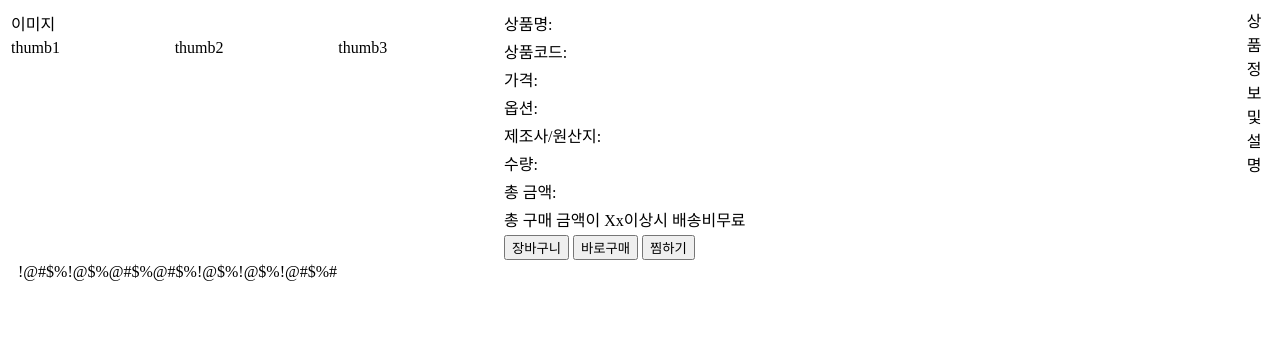
Repository: heeya90/ProjectShoppingMall
Page: http://localhost/ProjectShoppingMall/goods/goods_view.jsp
An editor plug-in stored every save of this project. The page is shown before and after the next save, followed by the edit.
The browser window is 1280 px wide. The pictures show the whole page.
The page is served by Tomcat 9.

Above is the page before, as saved 2012-07-30 08:18:45.

After the next save:
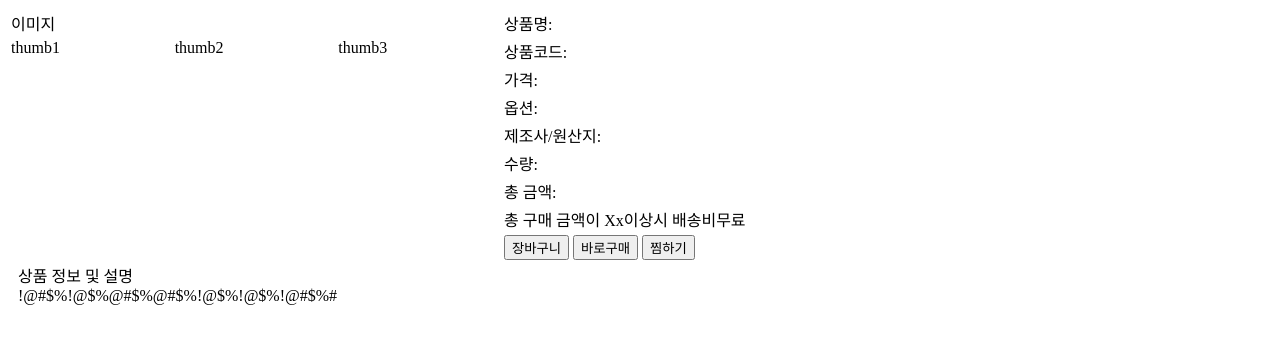
Saved 23 s later.
--- a/ProjectShoppingMall/WebContent/goods/goods_view.jsp
+++ b/ProjectShoppingMall/WebContent/goods/goods_view.jsp
@@ -73,7 +73,7 @@
 		</table>
 	</div>
 
-	<div style="width:99%; padding-left: 10px">
+	<div style="width:99%; padding-left:10px; float:left">
 		<label class="jw_lbl_title">상품 정보 및 설명</label> <br/>
 		<label >!@#$%!@$%@#$%@#$%!@$%!@$%!@#$%#</label>
 	</div>

After the save that followed:
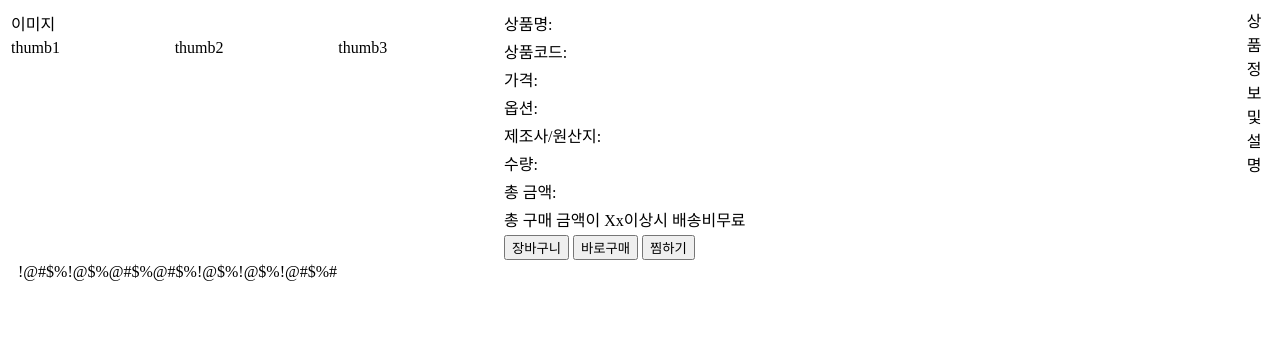
Saved 31 s later.
--- a/ProjectShoppingMall/WebContent/goods/goods_view.jsp
+++ b/ProjectShoppingMall/WebContent/goods/goods_view.jsp
@@ -73,7 +73,7 @@
 		</table>
 	</div>
 
-	<div style="width:99%; padding-left:10px; float:left">
+	<div style="width:99%; padding-left:10px;">
 		<label class="jw_lbl_title">상품 정보 및 설명</label> <br/>
 		<label >!@#$%!@$%@#$%@#$%!@$%!@$%!@#$%#</label>
 	</div>
